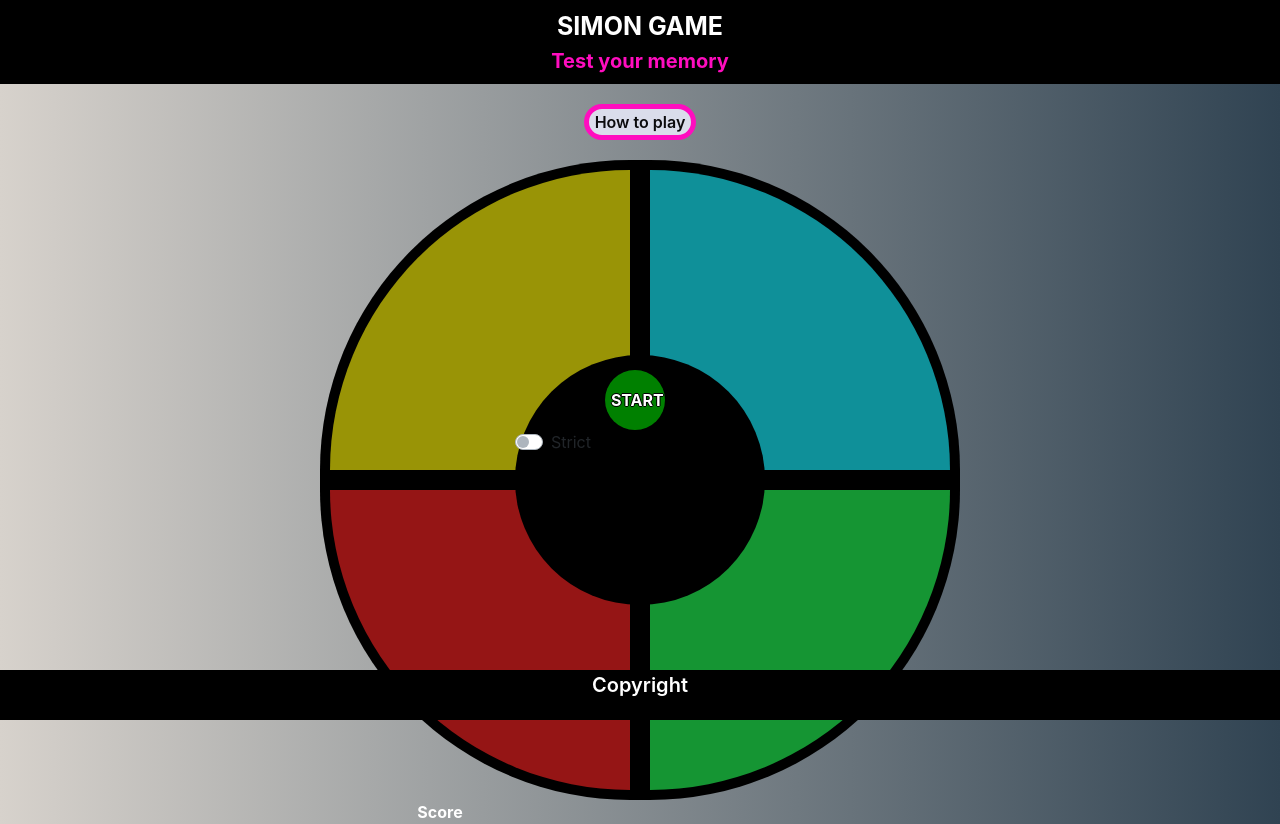
Repository: murphya14/Simon-game
Page: index.html
The author's editor kept a record of every edit. The page is drawn from the files as they stood at one moment, then again after the next edit.
The browser window is 1280 px wide. The pictures show the whole page.

Above is the page before.
Console error: SyntaxError: Unexpected token 'else'

### index.html
<!DOCTYPE html>
<html lang="en">

<head>
    <meta charset="UTF-8">
    <meta name="viewport" content="width=device-width, initial-scale=1, shrink-to-fit=no">
    <meta http-equiv="X-UA-Compatible" content="ie=edge">
    <meta charset="UTF-8">

    <meta name="description" content="Simon Memory Game">
    <meta name="keywords" content="Simon Memory, Memory Game, Game, Puzzle, Fun, Challenge">
    <meta name="author" content="Aisling Murphy">
    <link rel="stylesheet" href="assets/css/style.css" type="text/css" />
    <link href="/YOUR_PATH/favicon.ico" rel="icon" type="image/x-icon" />
    <link rel="stylesheet" href=" https://stackpath.bootstrapcdn.com/font-awesome/4.7.0/css/font-awesome.min.css" type="text/css" />
    <link href="https://fonts.googleapis.com/css?family=Orbitron&display=swap" rel="stylesheet">
    <link href="https://fonts.googleapis.com/css?family=Shojumaru&effect=3d rel='stylesheet' type='text/css">
    <link rel="stylesheet" href="https://stackpath.bootstrapcdn.com/bootstrap/4.3.1/css/bootstrap.min.css" integrity="sha384-ggOyR0iXCbMQv3Xipma34MD+dH/1fQ784/j6cY/iJTQUOhcWr7x9JvoRxT2MZw1T" crossorigin="anonymous">
    <link href="data:[embedded picture, 1901 characters]"
        rel="icon" type="image/x-icon" />
    <title>Simon Game</title>


</head>

<body>
    <header>
        <nav class="navbar navbar-expand-lg flex-column container-fluid">
            <div="row">
                <div class="col-12 header">Simon Game</div>
                </div>
                <div class="row">
                    <div class="col-12 sub-heading">Test your memory</div>
                </div>
    </header>
    </nav>

<div class="wrapper">
    <div class="container flex-column">

        <div class="row">
            <div class="col center">
                <!---Aided by https://www.pair.com/support/kb/how-to-use-jquery-to-generate-modal-pop-up-when-clicked/--->

                <div class="how-to popup-overlay">
                    <!--Creates the popup content-->
                    <div id="how-to-p" class="popup-content">
                        <h2>How to Play</h2>
                        <p> This is an example pop-up that you can make using jQuery. lorem ipsum keyboard shortcuts. Select how much text you want from the menu item in Edit->Text->Lorem Ipsum or in the right click menu in Lorem Ipsum. Press the shortcut
                            key (Alt+Shift+L) to add Lorem Ipsum text. Keep pressing to add more.</p>
                        <!--popup's close button-->
                        <button class="close">Close</button>
                    </div>
                </div>
                <!--Content shown when popup is not displayed-->

                <button id="how-to" class="open how-to">How to play</button>
            </div>
        </div>
    </div>

        <!---Help from https://www.danpurdy.co.uk/tutorial/simon-says-game-in-jquery-tutorial/-->

        <div class="row">
            <div class="col">
                <div class="background-circle">
                    <div class="pad one" id="1">
                        <audio preload="auto" class="sound1" data-pad="1">
                  <source src="sounds/mp3/sounds_01.mp3" type="audio/mpeg"/>
               </audio>
                    </div>
                    <div class="pad two" id="2">
                        <audio preload="auto" class="sound2" data-pad="2">
          <source src="sounds/mp3/sounds_02.mp3" type="audio/mpeg"/>
                 </audio>
                    </div>
                    <div class="pad three" id="3">
                        <audio preload="auto" class="sound3" data-pad="3">
                <source src="sounds/mp3/sounds_03.mp3" type="audio/mpeg"/>

                </audio>
                    </div>
                    <div class="pad four" id="4">
                        <audio preload="auto" class="sound4" data-pad="4">
                  <source src="sounds/mp3/sounds_04.mp3" type="audio/mpeg"/>
                </audio>
                    </div>

                    <div class="circle">

                    <button class="center start-button" id="start">Start</button>

                 <!--- Aided by https://mdbootstrap.com/docs/jquery/forms/switch/--->
                    <div class="custom-control custom-switch">
                        <input type="checkbox" id="strict" class="custom-control-input" data-on="Ready" data-off="Not Ready" data-onstyle="success" data-offstyle="danger" id="customSwitches">
                        <label class="custom-control-label" for="customSwitches">Strict</label>
                    </div>
                    </div>

                    <div id="score">Score</div>

                    </div>



                </div>

            </div>

        </div>
 </div>
        <footer class="footer flex-column">
            <p class="col"> Copyright </p>
        </footer>

        <script src="https://code.jquery.com/jquery-3.3.1.slim.min.js" integrity="sha384-q8i/X+965DzO0rT7abK41JStQIAqVgRVzpbzo5smXKp4YfRvH+8abtTE1Pi6jizo" crossorigin="anonymous"></script>
        <script src="https://ajax.googleapis.com/ajax/libs/jquery/3.3.1/jquery.min.js"></script>
        <script src="https://cdnjs.cloudflare.com/ajax/libs/popper.js/1.14.7/umd/popper.min.js" integrity="sha384-UO2eT0CpHqdSJQ6hJty5KVphtPhzWj9WO1clHTMGa3JDZwrnQq4sF86dIHNDz0W1" crossorigin="anonymous"></script>
        <script src="https://stackpath.bootstrapcdn.com/bootstrap/4.3.1/js/bootstrap.min.js" integrity="sha384-JjSmVgyd0p3pXB1rRibZUAYoIIy6OrQ6VrjIEaFf/nJGzIxFDsf4x0xIM+B07jRM" crossorigin="anonymous"></script>
        <script type="text/javascript" src="assets/js/make.js"></script>
</body>

</html>

### assets/css/style.css
@import url('https://fonts.googleapis.com/css?family=Orbitron&display=swap');


body {
background-image: linear-gradient(to right, #d7d2cc 0%, #304352 100%);
/*background sourced from https://webgradients.com/*/
    height: 100%;
    font-family: 'Orbitron', sans-serif;
    font-size: 20px;
    text-align: center;
    position: relative;
    width: 100%;
    margin: auto;
}

.wrapper {
    position: relative;
    width: 640px;
    margin: 0 auto;

}




.center {
    text-align: center;
    ;
}

/*Nav/header styling*/

.navbar {background-color: black;
    color: white;
    font-weight: 700;
}

.header {
    position: fixed;
    font-size: 25px;
    text-transform: uppercase;

    text-align: center;

}

.sub-heading {
    position: fixed;
    font-size:20px;
    text-align: center;
    color: #ff0dbf;
}


/*Shapes*/

.circle {
    position: absolute;
    top: 195px;
    left: 195px;
    width: 250px;
    height: 250px;
    background: #000;
    border-radius: 125px;
    z-index: 10;
}

.background-circle {
    position: absolute;
    top: 0px;
    width: 640px;
    height: 640px;
    z-index: 0;
    background-color: black;
    border-radius: 310px;
}


.pad {

    width: 300px;
    height: 300px;
    float: left;
    z-index: 1;
    margin: 10px;
    -ms-filter: "progid:DXImageTransform.Microsoft.Alpha(Opacity=60)";
    filter: alpha(opacity=60);
    opacity: 0.6;
    /*Will be linked in JS to change*/
}



.one {
    border-top-left-radius: 300px;
    background-color: #FFF70B;
}

.two {
    float: left;
    border-top-right-radius: 300px;
    background-color: #19F0FF;
    clear: right;
}

.three {
    float: left;
    border-bottom-left-radius: 300px;
    background-color: #F92323;
    clear: left;
}

.four {
    float: left;
    border-bottom-right-radius: 300px;
    background-color: #23F955;

}

/*Buttons*/

/*Styling for modul button*/

.how-to {
    color: #0b0b0d;
    border: 5px solid #ff0dbf;
    background-color: #daddeb;
    font-weight: 600;
    border-radius: 25px;

    margin: 20px;
    text-align: center;
    cursor: pointer;
}

.how-to:hover {
    background-color: #ff0dbf;
    color: white;
    font-weight: 700;
}

#how-to-p {
    Background-color: #ff0dbf;
    border-radius: 2em 2em 2em 2em / 1em 1em 1em 1em;
    color: black;
    width: 40%;
    text-align:center;
}
/*Close button for pop up modaL*/

.popup-overlay {
  /*Hides pop-up when there is no "active" class*/
  visibility: hidden;
  position: absolute;
  background: #ffffff;
  border: 3px solid #666666;
  width: 50%;
  height: 50%;
  left: 25%;
}

.popup-overlay.active {
  /*displays pop-up when "active" class is present*/
  visibility: visible;
  text-align: center;
  z-index: 10;
}

.popup-content {
  /*Hides pop-up content when there is no "active" class */
  visibility: hidden;
}

.popup-content.active {
  /*Shows pop-up content when "active" class is present */
  visibility: visible;
   z-index: 10;
   width:100%;
}

.hide {display:none;}

.start-button {
    width: 60px;
    height: 60px;
    background-color: green;
    border-radius: 310px;
    text-align: center;
    font-weight: 700;
    margin-left: 90px;
    margin-top: 15px;
    text-transform: uppercase;
    border: 20px;
    border-color: #0B7842;
    text-shadow: -1px 0 black, 0 1px black, 1px 0 black, 0 -1px black;
    color: white;
    cursor: pointer
}

.start-button:hover {
    background-color: #49fb35
}



#score {
    color: white;
    width: 60px;
    height: 60px;
    text-align: center;
    font-weight: 700;
    margin-left: 90px;
    margin-top: 5px;
}

#slider {    color: white;
    width: 60px;
    height: 60px;
    text-align: center;
    font-weight: 700;
    margin-left: 90px;
    margin-top: 20px;}



/*Footers*/

.footer {
    position: fixed;
    left: 0;
    bottom: 0;
    width: 100%;
    text-align: center;
    font-size: 10px;
    margin:0;
    color: white;
    background-color: black;
    height: 50px;
    font-size: 20px;
    font-weight: 600;

}

### assets/js/make.js
 /*Modal button*/
$(".open").on("click", function() {
  $(".popup-overlay, .popup-content").addClass("active");

});

//removes the "active" class to .popup and .popup-content when the "Close" button is clicked
$(".close, .popup-overlay").on("click", function() {
  $(".popup-overlay, .popup-content").removeClass("active");
});

 /*What happens when you press the start button*/

$("#start").click(function(){
  $(this).css("background-color", "#49fb35");

  $(".pad").css("opacity", "1")


})



 /*COUNTER*/
function counter (){
    var currentVal = document.getElementById("counter").innerHTML;
    var newVal = 0;

    if (currentVal<20){
        newval = currentVal + 1;
    }

    document.getElementById("counter").innerHTML = newVal;

    else {IMPORT THE WINNER IMAGE}
}

After the next edit:
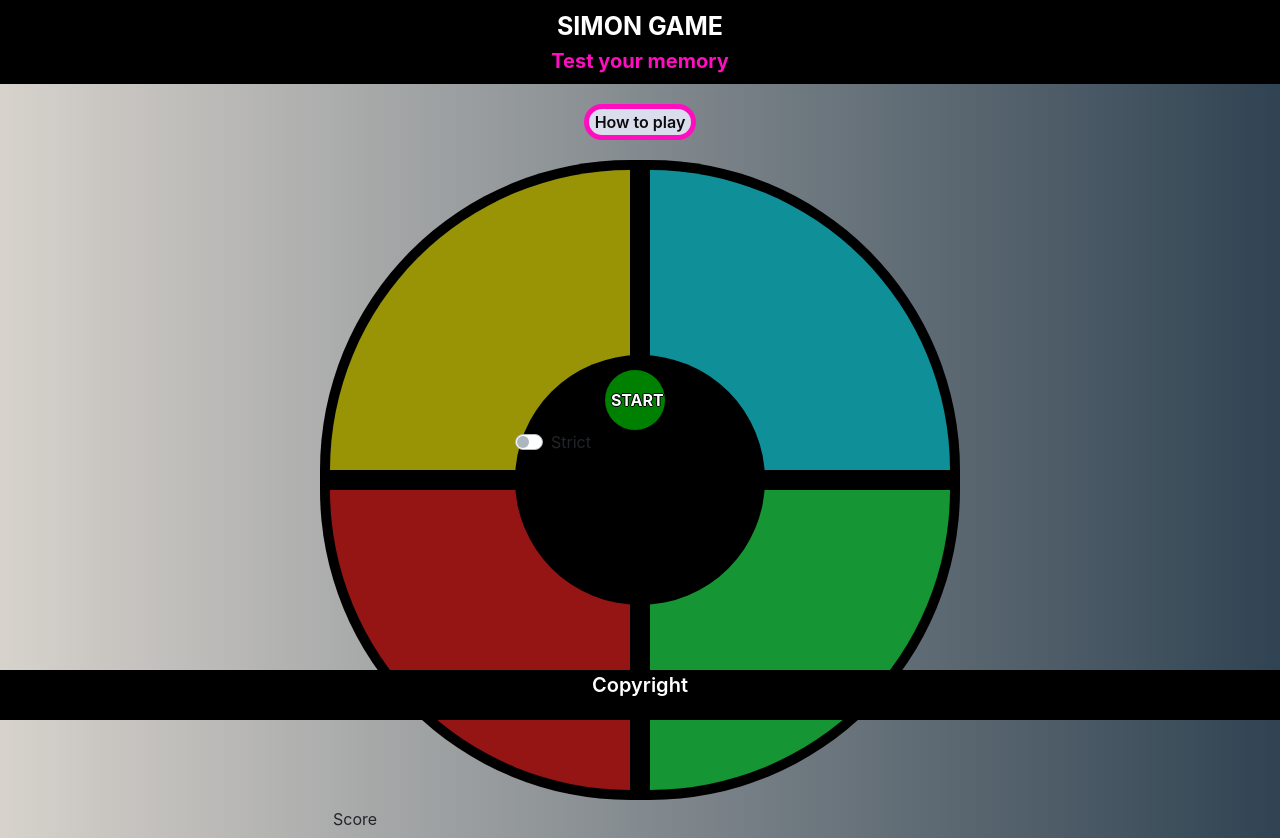
The edit:
--- a/index.html
+++ b/index.html
@@ -97,7 +97,7 @@
                     </div>
                     </div>
 
-                    <div id="score">Score</div>
+                    <button class="btn" type="button" id="counter" onclick="counter()">Score</button>
 
                     </div>
 
